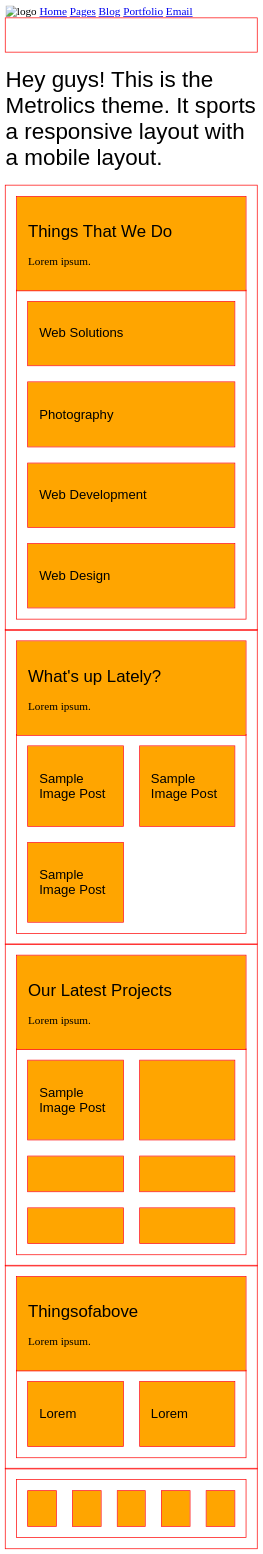
Repository: pjiang604/mdia2003-lab03b
Page: index.html
The author's editor kept a copy of each file at every save. The page is drawn from the files as they stood at one save, then again after a run of saves.
The browser window is 375 px wide. The pictures show the whole page, at 70% of full size.

Above is the page before, as saved 2023-01-24 00:21:12.

### index.html
<!DOCTYPE html>
<html lang="en">

<head>
    <meta charset="UTF-8">
    <meta http-equiv="X-UA-Compatible" content="IE=edge">
    <meta name="viewport" content="width=device-width, initial-scale=1.0">
    <title>Document</title>
    <link rel="stylesheet" href="style.css">
    <link rel="preconnect" href="https://fonts.google.com/specimen/Ubuntu?query=ubuntu">
</head>

<body>
    <nav>
        <img src="" alt="logo" class="logo">
        <a href="/">Home</a>
        <a href="/">Pages</a>
        <a href="/">Blog</a>
        <a href="/">Portfolio</a>
        <a href="/">Email</a>
    </nav>
    <div class="carousel">

    </div>
    <h1>Hey guys! This is the Metrolics theme. It sports a responsive layout with a mobile layout.</h1>
    <div class="topRow">
        <div class="col">
            <h2>Things That We Do</h2>
            <p>Lorem ipsum.</p>
        </div>
        <div class="row m-col-2 l-col-2">
            <div class="col">
                <h3>Web Solutions</h3>
            </div>
            <div class="col">
                <h3>Photography</h3>
            </div>
            <div class="col">
                <h3>Web Development</h3>
            </div>
            <div class="col">
                <h3>Web Design</h3>
            </div>
        </div>
    </div>
    <div class="secondRow">
        <div class="col">
            <h2>What's up Lately?</h2>
            <p>Lorem ipsum.</p>
        </div>
        <div class="row m-col-3 l-col-3">
            <div class="col">
                <h3>Sample Image Post</h3>
            </div>
            <div class="col">
                <h3>Sample Image Post</h3>
            </div>
            <div class="col">
                <h3>Sample Image Post</h3>
            </div>
        </div>
    </div>
    <div class="thirdRow">
        <div class="col">
            <h2>Our Latest Projects</h2>
            <p>Lorem ipsum.</p>
        </div>
        <div class="row m-col-4 l-col-4">
            <div class="col">
                <h3>Sample Image Post</h3>
            </div>
            <div class="col">
                <img src="" alt="">
            </div>
            <div class="col">
                <img src="" alt="">
            </div>
            <div class="col">
                <img src="" alt="">
            </div>
            <div class="col">
                <img src="" alt="">
            </div>
            <div class="col">
                <img src="" alt="">
            </div>
        </div>
    </div>
    <div class="fourthRow">
        <div class="col">
            <h2>Thingsofabove</h2>
            <p>Lorem ipsum.</p>
        </div>
        <div class="row m-col-5 l-col-5">
            <div class="col">
                <h3>Lorem</h3>
            </div>
            <div class="col">
                <h3>Lorem</h3>
            </div>
        </div>
    </div>
    <div class="companies">
        <div class="row m-col-6 l-col-6">
            <div class="col">
                <img src="" alt="">
            </div>
            <div class="col">
                <img src="" alt="">
            </div>
            <div class="col">
                <img src="" alt="">
            </div>
            <div class="col">
                <img src="" alt="">
            </div>
            <div class="col">
                <img src="" alt="">
            </div>
        </div>
    </div>
    <footer>

    </footer>
</body>

</html>

### style.css
div {
    outline: 1px solid red;
    min-height: 1rem;
    padding: 1rem;
}

h1,
h2,
h3,
h4,
h5,
h6 {
    font-family: Ubuntu, sans-serif;
    font-weight:300;
}

.row {
    display:grid;
    row-gap: 1rem;
}

.col {
    position:relative;
    background-color: orange;
}


/** small/mobile version */
@media screen and (max-width:39.9375em) {
    .m-col-2 {
        grid-template-columns: 1fr 1fr;
    }

}

/** medium and up. applicable for both tablet and mobile version */
@media screen and (max-width:40em) {
    .row {
        max-width: 70em;
        column-gap: 1.5rem;
        row-gap: 1.5rem;
        margin: 0 auto;
    }

    .m-col-2 {
        grid-template-columns: 4fr;
    }

    .m-col-3 {
        grid-template-columns: repeat(2, 2fr);
    }

    .m-col-4 {
        grid-template-columns: repeat(2, 3fr);
    }

    .m-col-5 {
        grid-template-columns: 1fr 1fr;
    }

    .m-col-6 {
        grid-template-columns: repeat(5, 1fr);
    }
}

/** medium only */
@media screen and (min-width:40em) and (max-width:63.9375em) {

}

/** large only */
@media screen and (min-width:64em) {
    .l-col-2 {
        grid-template-columns: repeat(4, 1fr);
    }

    .l-col-3 {
        grid-template-columns: repeat(3, 1fr);
    }

    .l-col-4 {
        grid-template-columns: repeat(2, 4fr);
    }

    .l-col-5 {
        grid-template-columns: repeat(2, 1fr);
    }

    .l-col-6 {
        grid-template-columns: repeat(5, 1fr);
    }
}

After the next 2 saves:
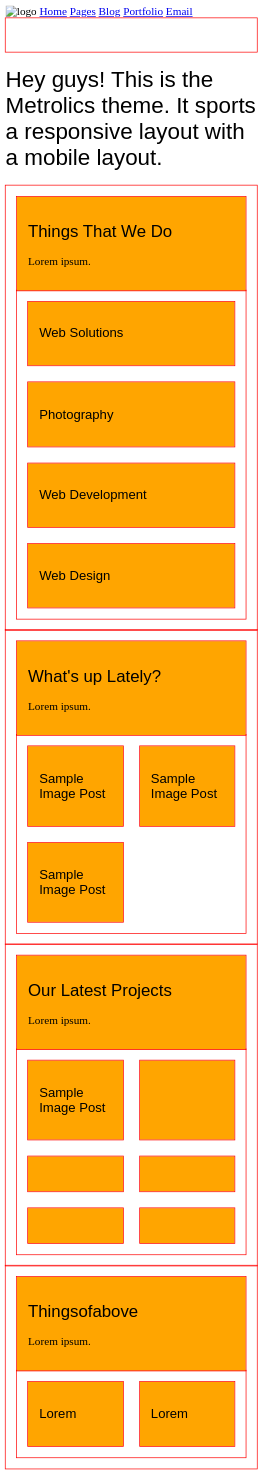
The 2 saves are shown as one change because they came seconds apart.
The last was saved 33 s later.
--- a/style.css
+++ b/style.css
@@ -27,8 +27,9 @@ h6 {
 
 /** small/mobile version */
 @media screen and (max-width:39.9375em) {
-    .m-col-2 {
-        grid-template-columns: 1fr 1fr;
+
+    .companies {
+        display:none;
     }
 
 }
